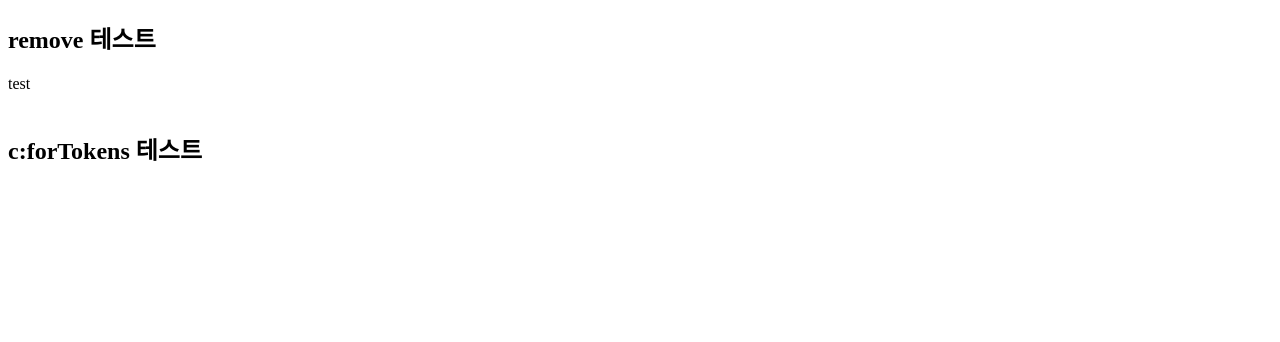
Repository: huntingforheat/JavaProject
Page: http://localhost/myweb/jstl/jstl_etc.jsp
These files come from the project's save history. The page is drawn as it stood at one moment and after the next save; the edit follows.
The browser window is 1280 px wide. The pictures show the whole page.
The page is served by Tomcat 9. Other server files are loaded and not shown.

Above is the page before, as saved 2024-04-17 03:55:28.

### myweb/src/main/webapp/jstl/jstl_etc.jsp
<%@ page language="java" contentType="text/html; charset=UTF-8"
    pageEncoding="UTF-8"%>
<%@ taglib prefix="c" uri = "http://java.sun.com/jsp/jstl/core" %>
<%
	String test = "test";
%>
<!DOCTYPE html>
<html>
	<head>
		<meta charset="UTF-8">
		<title>jstl_etc.jsp</title>
	</head>
	<body>
		<h2>remove 테스트</h2>
		<c:set var = "test1" value="<%=test %>"></c:set>
		<c:set var = "test2" value = "test2"></c:set>
		<c:remove var="test2" scope = "page"/>
		${pageScope.test1 }<br>
		${test2 }<br>

		<h2>c:forTokens 테스트</h2>
		<!-- 자바의 StringTokenizer를 JSTL를 사용하여 구현하려 할때 쓸 수 있음.
			 문자열을 구분자로 나눌려고 할 때 사용함. -->
		<c:set var = "tokens" value = "안녕/하세요/조금있으면/점심입니다."></c:set>
	</body>
</html>

After the next save:
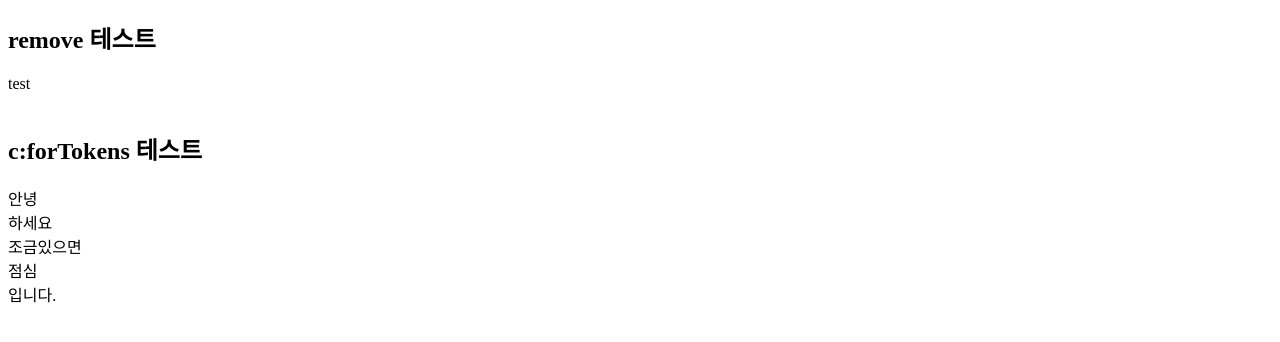
Saved 98 s later.
--- a/myweb/src/main/webapp/jstl/jstl_etc.jsp
+++ b/myweb/src/main/webapp/jstl/jstl_etc.jsp
@@ -21,6 +21,9 @@
 		<h2>c:forTokens 테스트</h2>
 		<!-- 자바의 StringTokenizer를 JSTL를 사용하여 구현하려 할때 쓸 수 있음.
 			 문자열을 구분자로 나눌려고 할 때 사용함. -->
-		<c:set var = "tokens" value = "안녕/하세요/조금있으면/점심입니다."></c:set>
+		<c:set var = "tokens" value = "안녕/하세요/조금있으면/점심/입니다."></c:set>
+		<c:forTokens var = "abc" items="${tokens }" delims="/">
+			${abc }<br>
+		</c:forTokens>
 	</body>
 </html>
